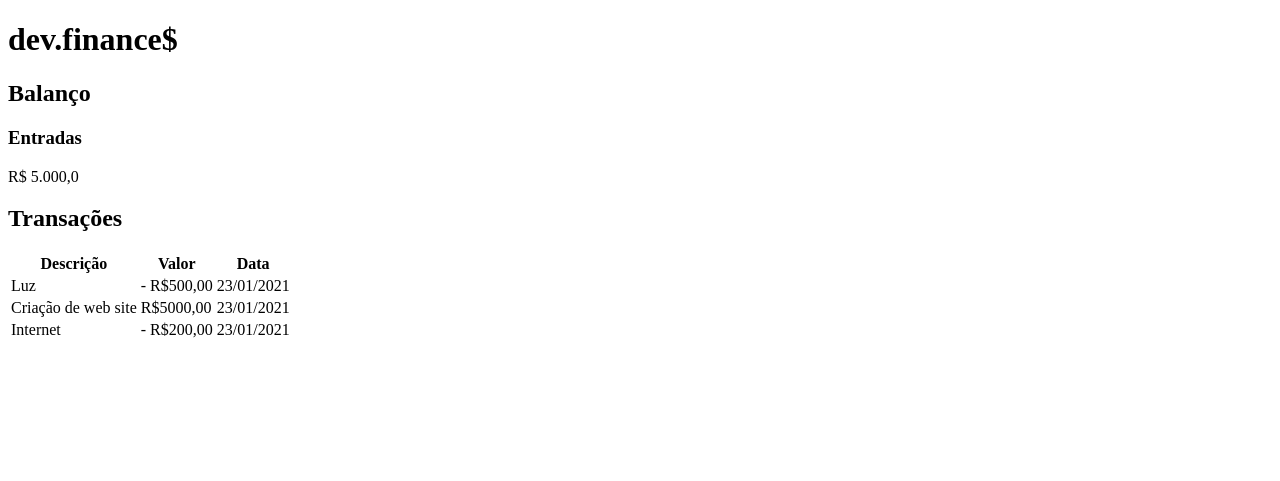
Repository: rafaelmgr12/maratona-dev01
Page: index.html
An editor plug-in stored every save of this project. The page is shown before and after the next save, followed by the edit.
The browser window is 1280 px wide. The pictures show the whole page.

Above is the page before, as saved 2021-04-26 19:18:27.

After the next save:
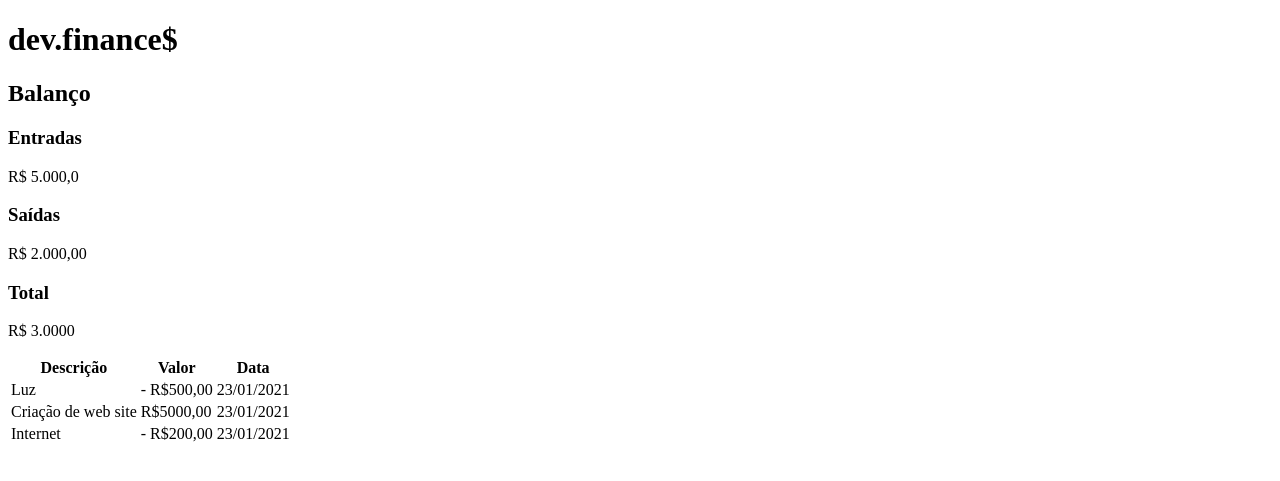
Saved 3 min 10 s later.
--- a/index.html
+++ b/index.html
@@ -9,10 +9,15 @@
   <body>
     <header><h1>dev.finance$</h1></header>
     <main>
-      <h2>Balanço</h2>
-      <h3>Entradas</h3>
-      <p>R$ 5.000,0</p>
-      <h2>Transações</h2>
+    <section>
+        <h2>Balanço</h2>
+        <h3>Entradas</h3>
+        <p>R$ 5.000,0</p>
+        <h3>Saídas</h3>
+        <p>R$ 2.000,00</p>
+        <h3>Total</h3>
+        <p>R$ 3.0000</p>
+    </section>
       <table>
         <thead>
           <tr>
